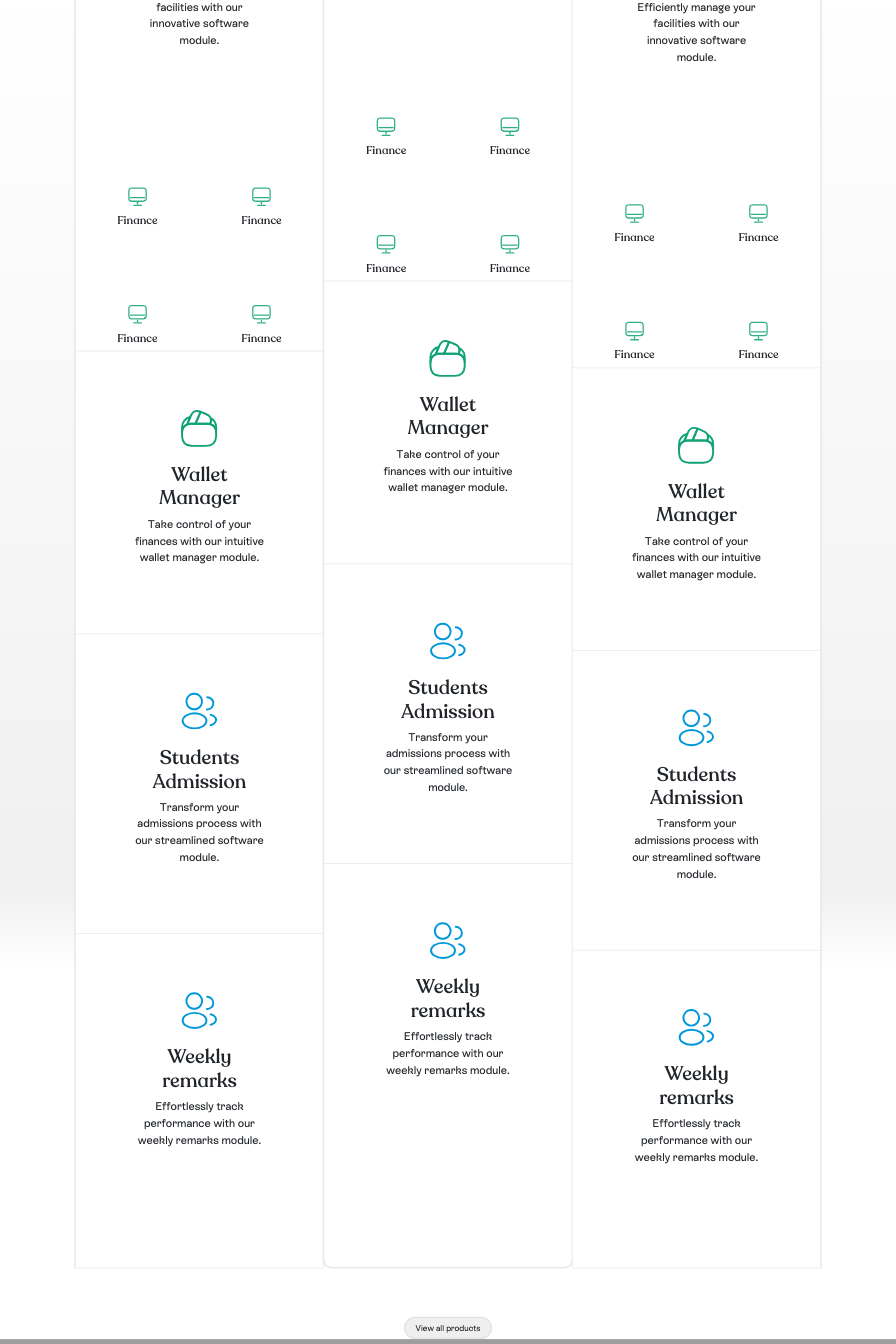
Repository: sarahnnanyelugo/educare-web
Page: /
An editor plug-in stored every save of this project. The page is shown before and after the next save, followed by the edit.
The browser window is 1280 px wide. The pictures show the part of the page from y = 4580 to 6500 px (the page is 7535 px tall before and 7625 px after), at 70% of full size.
Pictures or frames that could not be fetched are drawn as grey boxes. The project was rebuilt for these pictures with package versions that can differ from the ones it lists, and the page was loaded fresh each time.

Above is the page before, as saved 2023-04-07 00:27:07.

After the next save:
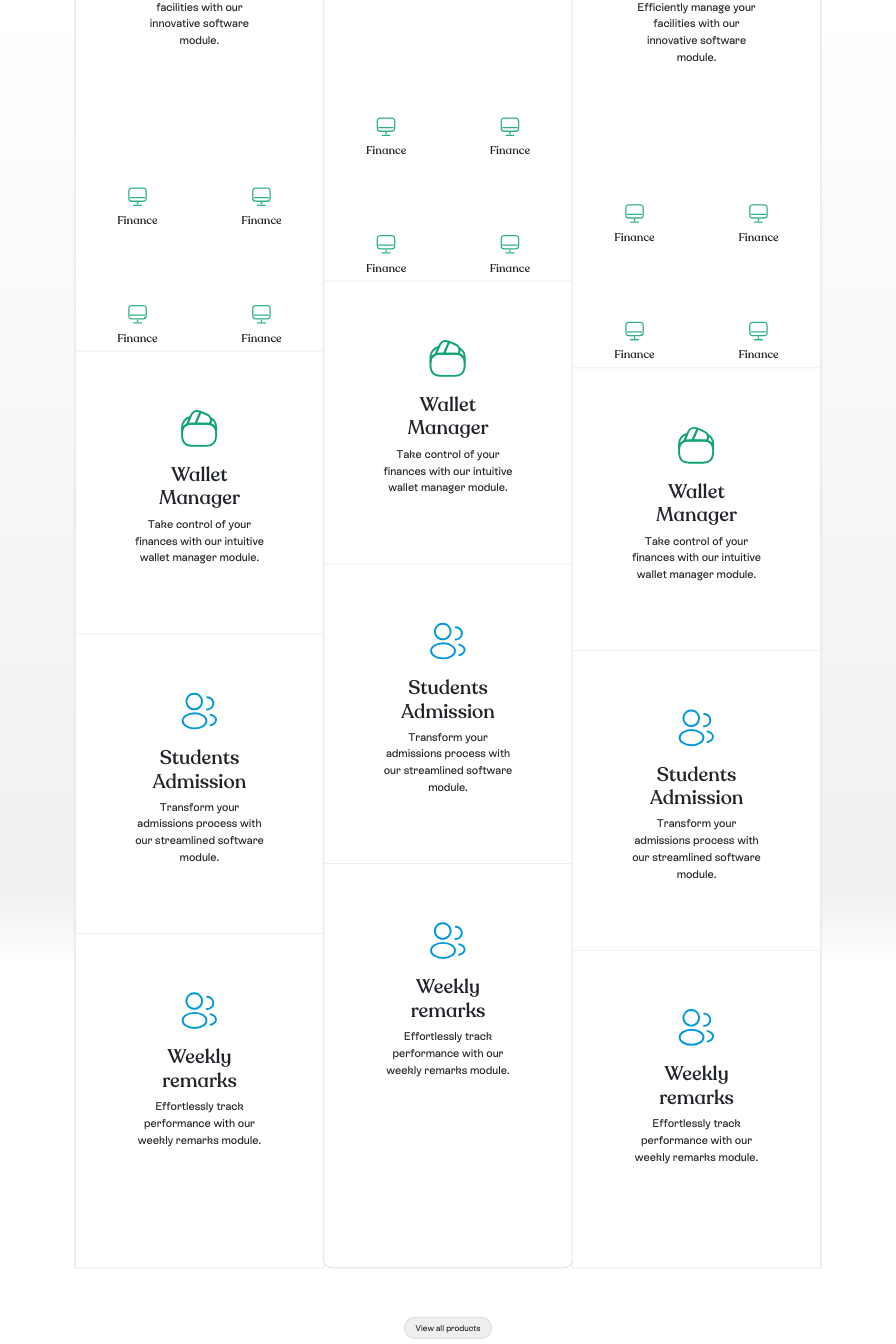
Saved 67 s later.
--- a/src/pages/Home/_home.scss
+++ b/src/pages/Home/_home.scss
@@ -200,6 +200,7 @@
   background-repeat: no-repeat;
   color: #fff;
   padding: 100px 0px;
+  margin-top: 90px;
 }
 .partners-container {
   .apen {
